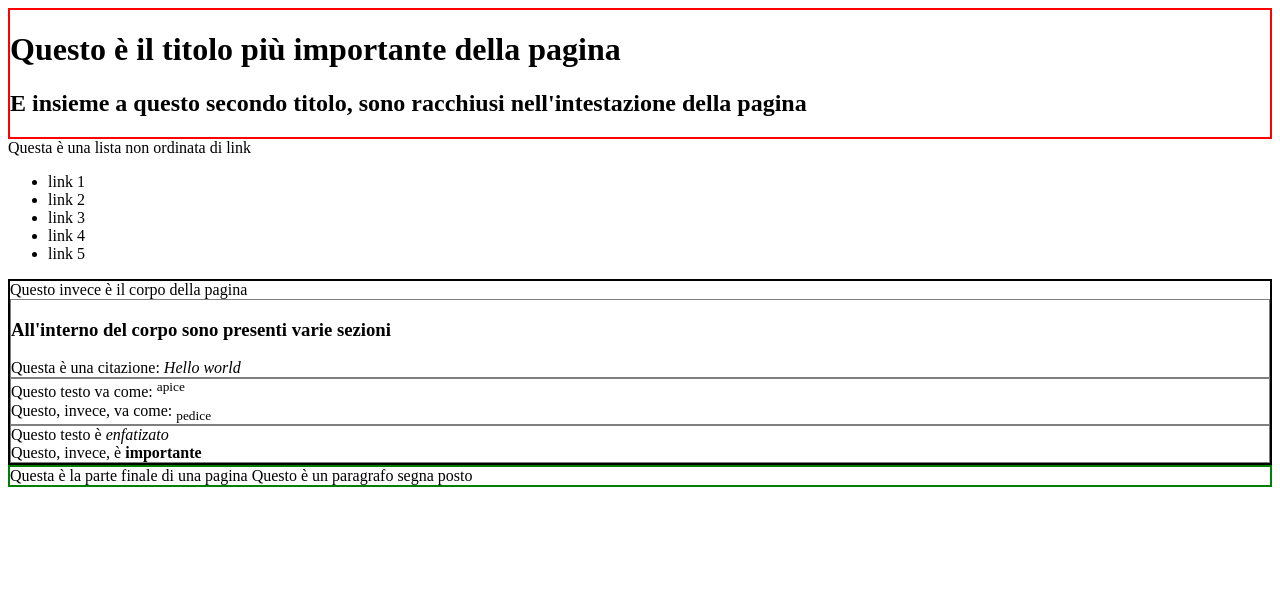
Repository: CryptoFamilyNFT/develhope
Page: html/start.html
These files come from the project's save history. The page is drawn as it stood at one moment and after the next save; the edit follows.
The browser window is 1280 px wide. The pictures show the whole page.

Above is the page before, as saved 2024-10-31 11:47:42.

After the next save:
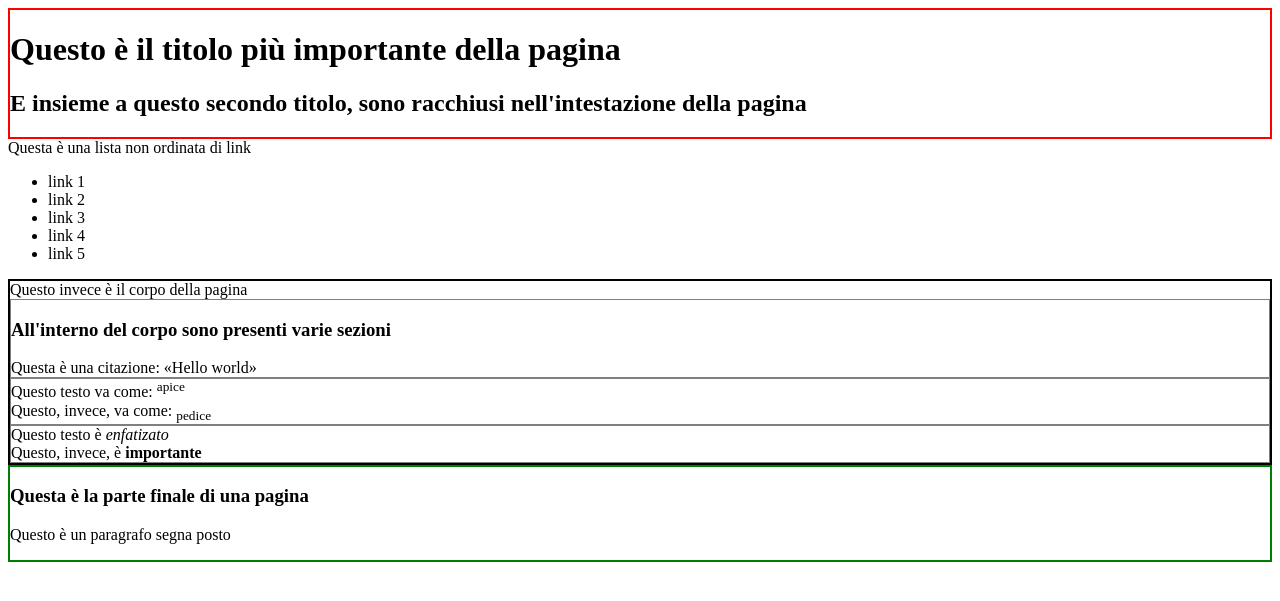
Saved 6 min 33 s later.
--- a/html/start.html
+++ b/html/start.html
@@ -61,7 +61,7 @@
 
         <section>
             <h3>All'interno del corpo sono presenti varie sezioni</h3>
-             Questa è una citazione: <cite>Hello world</cite>
+             Questa è una citazione: <q>Hello world</q>
         </section>
 
         <section>
@@ -79,7 +79,8 @@
     </main>
 
     <footer>
-        Questa è la parte finale di una pagina Questo è un paragrafo segna posto
+        <h3>Questa è la parte finale di una pagina</h3>
+        <p>Questo è un paragrafo segna posto</p>
     </footer>
 </body>
 
